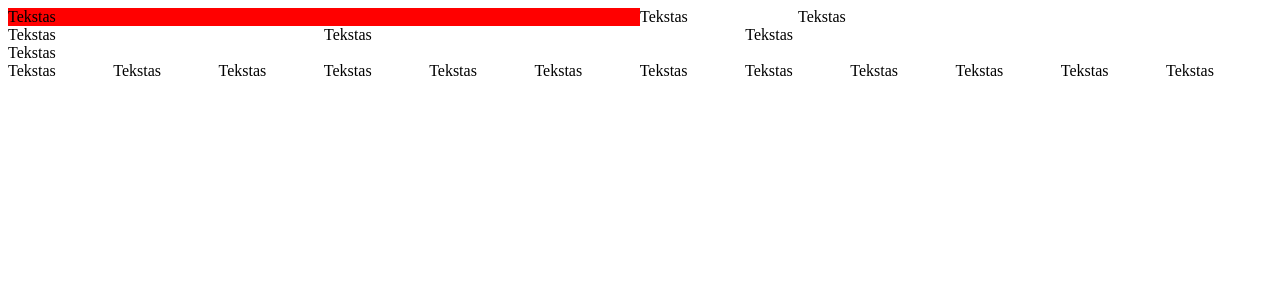
Repository: motiejus1/05-paskaita
Page: index.html
The author's editor kept a copy of each file at every save. The page is drawn from the files as they stood at one save, then again after a run of saves.
The browser window is 1280 px wide. The pictures show the whole page.

Above is the page before, as saved 2021-06-07 18:45:09.

### index.html
<!DOCTYPE html>
<html lang="en">
<head>
    <meta charset="UTF-8">
    <meta http-equiv="X-UA-Compatible" content="IE=edge">
    <meta name="viewport" content="width=device-width, initial-scale=1.0">
    <title>Pentoji paskaita</title>
    <style>
        * {
            box-sizing: border-box;
        }

        .col-1 {
            width: 8.33%;
        }

        .col-2 {
            width: 16.66%;
        }

        .col-3 {
            width: 25%;
        }

        .col-4 {
            width: 33.33%;
        }

        .col-5 {
            width: 41.66%;
        }

        .col-6 {
            width: 50%;
        }

        .col-7 {
            width: 58.33%;
        }

        .col-8 {
            width: 66.66%;
        }

        .col-9 {
            width:75%;
        }

        .col-10 {
            width: 83.33%;
        }

        .col-11 {
            width: 91.66%;
        }

        .col-12 {
            width: 100%;
        }

        [class*="col-"] {
            float:left;
        }

        .raudona {
            background-color: red;
        }

        .geltona {
            background-color: yellow;
        }

        .zalia {
            background-color: green;
        }

    </style>

</head>
<body>
    <div class="row">
        <div class="col-6 raudona">Tekstas</div>
        <div class="col-6 geltona>Tekstas</div>
    </div>

    <div class="row">
        <div class="col-3">Tekstas</div>
        <div class="col-9">Tekstas</div>
    </div>

    <div class="row">
        <div class="col-3">Tekstas</div>
        <div class="col-4">Tekstas</div>
        <div class="col-5">Tekstas</div>
    </div>

    <div class="row">
        <div class="col-12">Tekstas</div>
    </div>

    <div class="row">
        <div class="col-1">Tekstas</div>
        <div class="col-1">Tekstas</div>
        <div class="col-1">Tekstas</div>
        <div class="col-1">Tekstas</div>
        <div class="col-1">Tekstas</div>
        <div class="col-1">Tekstas</div>
        <div class="col-1">Tekstas</div>
        <div class="col-1">Tekstas</div>
        <div class="col-1">Tekstas</div>
        <div class="col-1">Tekstas</div>
        <div class="col-1">Tekstas</div>
        <div class="col-1">Tekstas</div>
    </div>



</body>
</html>

After the next 2 saves:
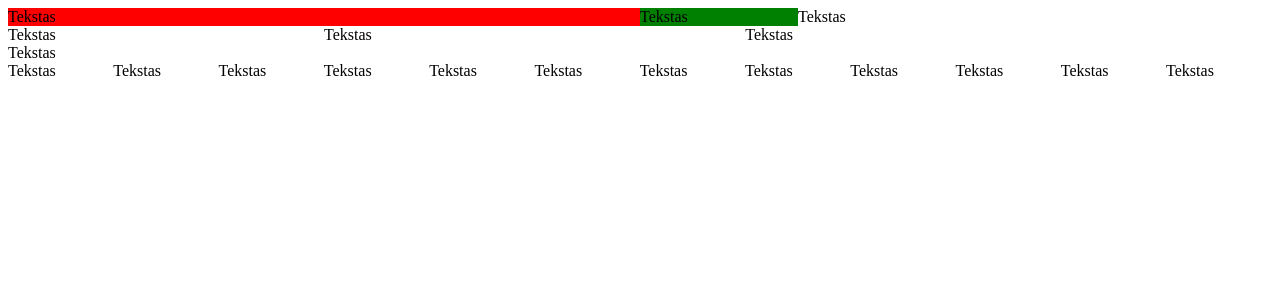
The 2 saves are shown as one change because they came seconds apart.
The last was saved 5 s later.
--- a/index.html
+++ b/index.html
@@ -84,7 +84,7 @@
     </div>
 
     <div class="row">
-        <div class="col-3">Tekstas</div>
+        <div class="col-3 zalia">Tekstas</div>
         <div class="col-9">Tekstas</div>
     </div>
 
